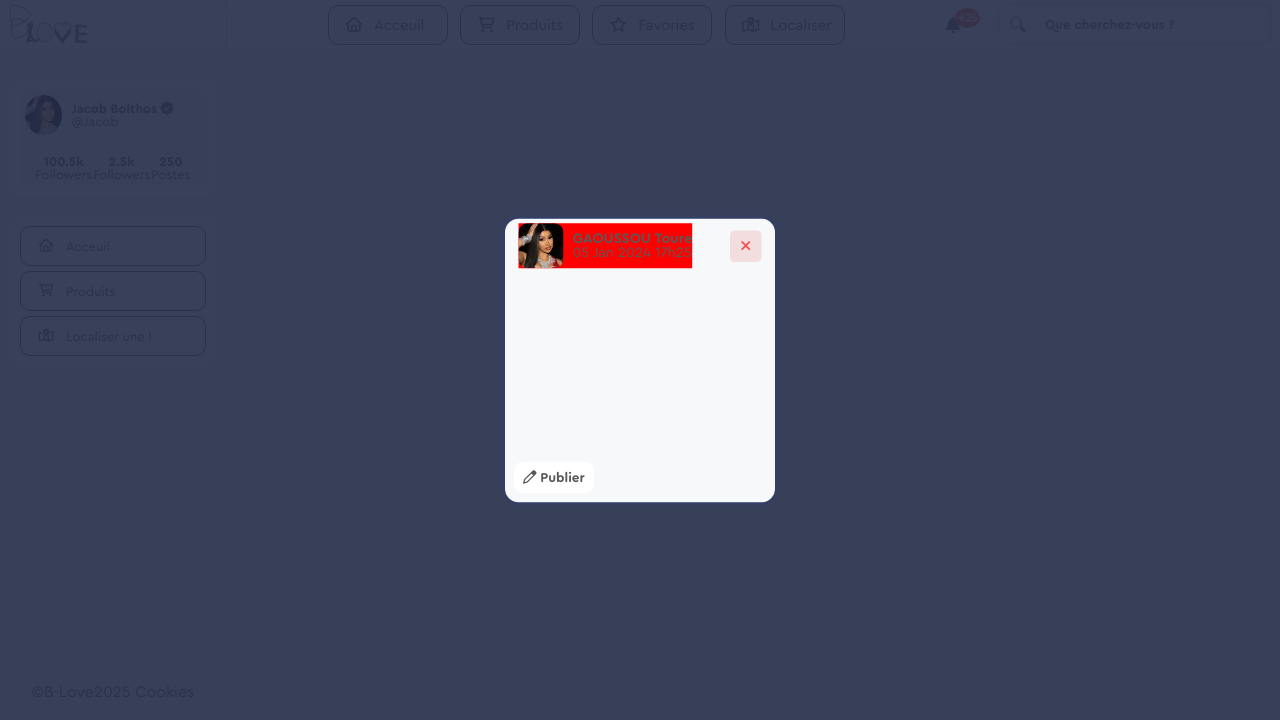
Repository: moomoony-log/b-love
Page: /home
These files come from the project's save history. The page is drawn as it stood at one moment and after the next save; the edit follows.
The browser window is 1280 px wide. The pictures show the whole page.
The project was rebuilt for these pictures with package versions that can differ from the ones it lists, and the page was loaded fresh each time. Also part of the build but not shown: vite.config.ts, src/rules/legacy.tsx, src/rules/privacy.tsx, src/components/basic/notification.tsx, src/view/auth.tsx, src/view/main/acceuil.tsx, src/view/main/dashbord.tsx, src/view/main/info-account.tsx and 3 more.

Above is the page before, as saved 2025-10-14 19:17:57.

### index.html
<!--
        ?????????         ?????????        ???????????????????
        ????? ?????     ????? ?????      ??????????   ??????????
        ?????  ?????   ?????  ?????    ????????         ????????
        ?????   ????? ?????   ?????    ??????            ????????
        ?????    ?????????    ?????    ??????            ????????
        ?????      ?????      ?????    ???????          ????????
        ?????                 ?????     ?????????      ????????
        ?????                 ?????        ???????????????????
        ?????                 ?????         ????????????????

    TRAVAIL JUSQU'A CE QU'ON DISE QUE TU ES FRANC-MAÇON
    TRAVAIL JUSQU'A CE QU'ON DISE QUE TU ES FRANC-MAÇON
    TRAVAIL JUSQU'A CE QU'ON DISE QUE TU ES FRANC-MAÇON
-->
<!doctype html>
<html lang="en">
  <head>
    <meta charset="UTF-8">
    <meta name="viewport" content="width=device-width, initial-scale=1.0">
    <meta http-equiv="X-UA-Compatible" content="IE=edge">
    <!-- Inbuilt -->
    <link rel="shortcut icon" href="./img/logoloveb.png" type="image/x-icon">
    <!-- <link rel="stylesheet" href="./vendor/font-awesome-pro/css/all.css">  -->
    <!-- <link rel="stylesheet" href="./css/app.css">  -->
    <title>B!love</title>
  </head>
  <body id="index">
    <div id="main-container"></div>
    <script type="module" src="/src/main.tsx"></script>
  </body>
</html>

### src/main.tsx
import { StrictMode } from 'react'
import { createRoot } from 'react-dom/client'
import App from './app'

createRoot(document.getElementById('main-container')!).render(
  <StrictMode>
    <App />
  </StrictMode>
)

### src/app.tsx

import { createBrowserRouter, RouterProvider } from "react-router-dom";
import Legacy from "./rules/legacy";
import Privacy from "./rules/privacy";
import Main from "./view/main/main";
import Auth from "./view/auth";
import Acceuil from "./view/main/acceuil";
import Dashbord from "./view/main/dashbord";
import "../public/css/app.css"
import "../public/vendor/font-awesome-pro/css/all.css"
import InfoAccount from "./view/main/info-account";
import Account from "./view/main/account";
import BecomeToMember from "./view/main/becomeToMember";
import Product from "./view/main/product";

// import Auth from "./view/auth";

const router =  createBrowserRouter([
	{
		path:'/',
		element:<Auth/>
	},
	{
		path:'/legacy',
		element:<Legacy/>
	},
	{
		path:'/privacy',
		element:<Privacy/>
	},
	{
		path:'/home',
		element:<Main/>,
		children:[
			{
				path:'acceuil',
				element: <Acceuil/>
			},
			{
				path:'dashbord',
				element: <Dashbord/>,
			},
			{
				path: 'product',
				element: <Product/>
			},
			{
				path:'check',
				element: <div>Localisation</div>
			},
			{
				path:'client',
				element: <InfoAccount/>,
				children: [
					{
						path:'compte',
						element: <Account/>
					},
					{
						path:'devenir_membre',
						element: <BecomeToMember/>
					},

				]
			}

		]
	}
])

// --> POINT D'ENTREE DANS L'APP(INDEX --> AUTH)
function App() {
	return <RouterProvider router={router}/>
}

export default App

### src/components/basic/button.tsx
// --> BUTTON COMPONENTS

import { forwardRef } from "react"
import { NavLink, useLocation } from "react-router-dom";

interface buttonProps {
    type: 'submit' | 'button',
    name?: string,
    icon?:string,
    color?: string,
    outline?: string,
    small?: 'small' | 'small-1' | 'small-2' | 'small-3',
    navigate?: string,
    children: boolean,
    border?: boolean,
    to: string | false,
    inner?:string,
    disable?:boolean,
    onclick?: () => unknown
}

const Button = forwardRef<HTMLButtonElement, buttonProps>(
  ({ name, icon, color, outline, small, navigate, inner, disable, children,border, to, onclick }, ref) => {
    const location = useLocation()
    return (
      <button
        ref={ref}
        type="button"
        className="ui-btn"
        name={name}
        color={color}
        {...(outline ? { "data-outline": "" } : {})}
        {...(disable ? { disabled: true } : {})}
        {...(navigate ? { "data-navigate": "" } : {})}
        {...(inner ? { "data-inner": "" } : {})}
        {...(small ? { "data-size" : small} : {})}
        {...(border ? { "data-border": "" } : {})}
        {...(to && location.pathname === to ? { "data-active": "" } : {})}
        onClick={onclick}
      >
        { (!children && !to ) && name } { icon && (!children && !to ) && <i className={icon}></i> }

        { (children && to) && <NavLink to={to}>  <i className={icon}></i>  {name} </NavLink> }

      </button>
    );
  }
);

export default Button

### src/components/basic/modals/pubItem.tsx
// --> Item Publication Modal

const ItemPub = () => {
    return(
        <>
        <div className="modal" data-name="pub-item" data-show>
                <div className="box">
                    <div className="modal-head">
                        <div className="title">
                            <div className="cont-account-img" data-name="pub-item"><img src="../img/cardi_b.webp"/></div>
                            <div className="identity">
                                <span>GAOUSSOU Toure</span>
                                <span>05 Jan 2024 17h25</span>
                            </div>
                         </div>
                        <span className="exit"><i className="fa-solid fa-xmark"></i></span>
                    </div>
                    <div className="body">


                    </div>
                    <div className="controler">
                        <button type="button" className="ui-btn" name=""  data-size="large"  color=""> <i className="fa-regular fa-pen"></i> Publier</button>
                    </div>
                </div>
            </div>
        </>
    )
}

export default ItemPub

### public/css/config/config.css
/* Style global de configuration */

/* Police d'ecriture */
/* Cera */
@font-face{
    font-family: 'Cera';
    src: url('../../font/cera-round-pro/CeraRoundPro-Bold.otf');
    font-weight: bold;
}
@font-face {
    font-family: 'Cera';
    src: url('../../font/cera-round-pro/CeraRoundPro-Regular.otf');
    font-weight: normal;
}

/* body{
    display: flex !important;
    padding: 5px;
    height: 100%;
    width: 100%;
    position: absolute;
    top: 0;
    left: 0;
    overflow: hidden;
} */
body *{
    box-sizing: border-box;
    font-family: 'Cera', sans-serif;
    font-weight: bold;
}

button:focus, input:focus, textarea:focus, select:focus {
    outline: none;
}

button {
    cursor: pointer;
    border: none;
}

h1, h2, h3, h4, h5, p {
    color: inherit;
    margin: 0;
    padding: 0;
    text-decoration: inherit;
}

img{
    height: inherit;
    max-width: 100%;
}

### public/css/component/components.css
 /* Imporation des dependances */
 @import url('input.css');
 @import url('button.css');
 @import url('img.css');
 @import url('notification.css');
 @import url('loader.css');
 @import url('table.css');
 @import url('./modals/modal.css');

 @keyframes text{
    0%{
        transform: translateX(100%);
    }
    100%{
        transform: translateX(-100%);
    }
 }

### public/css/views.css
/* --> Css relative à toutes les vues communes  */
@import url('views/auth.css');
@import url('views/legacy.css');
@import url('views/privacy.css');

### public/css/animation.css
@keyframes reotateInner {
    from {
       transform: rotate(0);
    }
    to{
       transform: rotate(180deg);
    }
 }
 @keyframes Online {
    0%, 100% {
       transform: scale(1.5);
       opacity: 1;

    }
    50% {
       transform: scale(0.5);
       /* opacity: 0.5; */
    }
 }
  @keyframes Online2 {
    0%, 100% {
       opacity: 1;

    }
    50% {
       opacity: 0.5;
    }
 }
 @keyframes spin {
   0%{
      transform: rotate(0deg);
   }
   100%{
      transform: rotate(360deg);
   }

 }
  @keyframes opa {
   0%{
      opacity: .4;
   }
   100%{
      opacity: 1;
   }

 }

### public/css/utils/utils.css
@import url('variable.css');
@import url('helper.css');

### public/css/utils/variable.css
/* Variables */
:root{
    --color-white: #ffffff;
    --color-gray-soft: #F6F8FA;
    --color-gray-medium: #b0b0b0;
    --color-gray-hard: #595959;
    --color-gray-hard-1: #7f7f7f;
    /* --color-gray-hard-3: #d4d2d246; */
    --color-gray-hard-3: #f2f2f2e7;
    --color-gray-hard-5: #f2f2f2;
    --color-gray-hard-4: #5959592f;
    --color-blue-lite: #dbf5ff;
    --color-blue-soft: #00B0F0;
    --color-blue-soft-2: #9ab9dc;
    --color-blue-hard: #2A6EBB;
    --color-green-lite: #aefecf;
    --color-green-lite-2: #80d6a4;
    --color-green-hard: #41cf7c;
    --color-red-lite: #ffcdcd;
    --color-red-soft: #f58e8e;
    --color-red-hard: #f25353;
    --shadow-one: 0 0 5px #eee;
    --shadow-two: 0 0 5px #84b1c3;
    --shadow-3: 0 0 4px #bababa;
    --bezier-1: cubic-bezier(0.68, -0.55, 0.27, 1.55);
}

### public/css/utils/helper.css
/* cool-scroll-bar */
.cool-scroll-bar::-webkit-scrollbar{
    width: 3px;
    height: 3px;
    border-radius: 50px !important;
    background-color: var(--color-gray-soft);
    box-shadow: 0 0 5px var(--color-gray-soft);
}
.cool-scroll-bar::-webkit-scrollbar-thumb{
    background-color: var(--color-gray-medium);
    border-radius: 50px !important;
}

### public/css/views/legacy.css
.legacy {
    z-index: 10;
    height: 100%;
    padding: 20px;
    overflow: auto;
}
.legacy p{
    font-size: 40px;
}

### public/css/component/img.css
/* ---> CSS DES COMPOSANTS IMAGES */
.cont-account-img{
    overflow: hidden;
    position: relative;
    cursor: pointer;
}
.cont-account-img[data-name="account"]{
    height: 40px;
    width: 50px;
    border-radius: 50%;

}
.cont-account-img[data-name="pub"]{
    height: 40px;
    width: 50px;
    border-radius: 50%;

}
/* image compte publication */
.cont-account-img[data-name="my-post"]{
    width: 65px;
    height: 65px;
    border-radius: 5px;
}

/* image compte publication */
.cont-account-img[data-name="pub-2"]{
    min-width: 35px;
    max-width: 35px;
    height: 35px;
    border-radius: 50%;
}
.cont-account-img[data-name="like"]{
    width: 20px;
    height: 20px;
    border-radius: 50%;
}
.cont-account-img[data-name="product"]{
    /* width: 100px; */
    height: 150px;
    border-radius: 10px;
    margin-bottom: 20px;
}
.cont-account-img[data-name="info-account"]{
    height: 130px;
    width: 130px;
    border-radius: 50%;
}
.cont-account-img[data-name="pub-item"]{
    height: 50px;
    width: 50px;
    border-radius: 10px;
}
.cont-account-img[data-name="publication"]{
    height: 130px;
    min-width: 100px;
    border-radius: 10px !important;
    position: relative;
}
.cont-account-img[data-name="publication"] img{
    cursor: move;
}
.cont-account-img[data-name="publication"]::after{
    content: '\f00d';
    position: absolute;
    background-color: red;
    font-size: 18px;
    text-align: center;
    border-radius: 10px;
    color: white;
    height: 20px;
    width: 20px;
    line-height: 20px;
    top: 2px;
    font-family: 'Font Awesome 6 Pro';
    right: 2px;

}
.cont-account-img img{
    height: 100%;
    width: 100%;
    object-fit: cover;
    position: absolute;
    display: block;
}
.cont-account-img video{
    height: 100%;
    width: 100%;
    object-fit: cover;
    position: absolute;
    display: block;
}
/* Image du logo */
.logo-content img{
    height: 40px;
}
.marketing-img{
    width: 50%;
    height: 100%;
}
#app-content-right .head .logo-content img{
    height: 35px;
}
.container-my-pub .item-pub img{
    width: 100%;
    height: 100%;
    object-fit: cover;
    border-radius: 5px;
    cursor: pointer;
}
/* Image de publié */
/* Grille d'images style Facebook */

.pub-content .medias-body .cont-account-img{
    border-radius: 0px;
    width: 100%;
    height: 100%;
    justify-content: center;
    align-items: center;
    overflow: hidden;
}
.pub-content .medias-body .cont-account-img[data-img]::before{
    content: attr(data-img);
    font-size: 14px;
    background-color: white;
    font-weight: lighter;
    position: absolute;
    color: var(--color-gray-hard-1);
    height: 25px;
    width: 100px;
    border-radius: 10px;
    text-align: center;
    line-height: 25px;
    right: 5px;
    top: 5px;
    z-index: 40;
}
.pub-content .medias-body .cont-account-img img{
    max-width: 100%;
    max-height: 100%;
    object-fit: contain; /* conserve le ratio */
}
 .pub-content .medias-body .cont-account-img  iframe{
    position: absolute;
    top: 0;
    left: 0;
    width: 100%;
    height: 100%;
}
  .container-my-pub .item-pub video{
    width: 100%;
    height: 100%;
    cursor: pointer;
    border-radius: 5px;
    background-color: black;
}
/*
.pub-content {
    width: 100%;
} */

/* .pub-content .cont-account-img:hover img {
    transform: scale(1.03);
}  */

### public/css/views/privacy.css
.privacy {
    z-index: 10;
    height: 100%;
    padding: 20px;
    overflow: auto;
}
.privacy p{
    font-size: 40px;
}

### public/css/component/notification.css
/* CSS DES GRILLES DE NOTIFICATIONS */
#notification{
    position: absolute;
    right: 0;
    z-index: 900;
    width: 350px;
    bottom: 0;
    padding: 5px;
    display: flex;
    justify-content: flex-end;
    align-items: center;
    flex-direction: column;
    gap: 10px;
}

#notification .notif-item{
    width: 320px;
    max-height: 60px;
    box-sizing: border-box;
    background-color: var(--color-white);
    display: none;
    align-items: center;
    overflow: hidden;
    gap: 5px;
    padding: 10px;
    border-radius: 10px;
    opacity: 0;
    transform: scale(0);
    box-shadow: 0 0 7px -2px var(--color-gray-hard-1);
    transition: transform .3s cubic-bezier(0.68, -0.55, 0.27, 1.55), opacity .2s ease-in-out, max-height .3s ease-in-out;
}
#notification .notif-item .notif-text-content{
    margin-right: auto;
}

#notification .notif-item[data-show]{
    opacity: 1;
    transform: scale(1);
    display: flex;
}

#notification .notif-item .icon{
    height: 35px;
    width: 35px;
    line-height: 35px;
    text-align: center;
    font-size: 15px;
    border-radius: 50%;
    position: relative;
    z-index: 2;
    color: var(--color-white);
}

#notification .notif-item .icon::before{
    position: absolute;
    text-align: center;
    left: 0;
    font-size: 35px;
    content: '\f335';
    font-family: 'Font Awesome 6 Pro';
    z-index: -1;
}

#notification .notif-item .exit{
    text-align: center;
    margin-left: 5px;
    border-radius: 50%;
    cursor: pointer;
    color: #cccccc;
}

#notification .notif-item[data-name="exit"] {
    border-left: 5px solid var(--color-red-soft);
}
#notification .notif-item[data-name="exit"] .exit{
    color: var(--color-red-soft);
}
#notification .notif-item[data-name="good"] .exit{
    color: var(--color-green-lite-2);
}
#notification .notif-item[data-name="exit"]:hover{
    box-shadow: 0 0 7px -2px var(--color-red-hard);
}
#notification .notif-item[data-name="good"]:hover{
    box-shadow: 0 0 7px -2px var(--color-green-hard);
}
#notification .notif-item[data-name="await"]:hover{
    box-shadow: 0 0 7px -2px var(--color-gray-hard);
}
.notif-item[data-name="exit"] .icon::before{
    color: var(--color-red-soft);
}
#notification .notif-item[data-name="await"]{
    border-left: 5px solid #cccccc;
}
.notif-item[data-name="good"] .icon::before{
    color: var(--color-green-lite-2);
}
.notif-item[data-name="await"] .icon::before{
    color: #cccccc;
}
#notification .notif-item[data-name="good"]{
    border-left: 5px solid var(--color-green-lite-2);
}
#notification .notif-item .title{
    text-wrap: nowrap;
    color: var(--color-gray-hard-1);
    font-size: 13px;
}
#notification .notif-item .text{
    font-size: 12px;
    display: flex;
    overflow: hidden;
    max-width: 240px;
    text-overflow: ellipsis;
    font-weight: lighter;
}

/* RESPONSIVE STATE */
@media (max-width: 344px) {
    #notification{
        width: 300px;
    }
    #notification .notif-item{
        width: 290px;
        max-height: 80px;
    }
    #notification .notif-item .icon::before{
        left: -2px;
    }
}

### public/css/component/loader.css

/* CSS DU COMPOSANT DE CHRAGEMENT */
#loader{
    position: absolute;
    display: flex;
    flex-direction: column;
    width: 100%;
    gap: 10px;
    height: 100%;background-color: rgba(255, 255, 255, 0.744);
    justify-content: center;
    align-items: center;
    z-index: 1000;
}

#loader .spinner{
    height: 60px;
    width: 60px;
    display: flex;
    justify-content: center;
    align-items: center;
    position: relative;
    animation: spin 2s linear infinite;
}
#loader .spinner::before{
    content: '';
    height: 100%;
    width: 100%;
    position: absolute;
    border-radius: 50%;
    border: solid 4px var(--color-gray-hard-3);
}
#loader .spinner::after{
    content: '';
    height: 100%;
    width: 100%;
    position: absolute;
    border-radius: 50%;
    border: solid 4px transparent;
    border-left-color:var(--color-gray-hard-1);
    animation: spin 0.8s linear infinite, opa 0.8s ease-in-out infinite alternate-reverse;
}
#loader img{
    width: 95px;
    height: 50px;
}
#loader i{
    font-size: 20px;
}
#loader .i{
   background-color: var(--color-gray-hard-);
   padding: 7px;
   display: flex;
   align-items: center;
   justify-content: center;
   border-radius: 5px;
}

### public/css/component/table.css
.infos-personnels[data-name="statut"] .availability table{
    border-collapse: collapse;
    width: 100%;
    background-color: var(--color-white);
    text-align: center;
    font-size: 13px;
}
.availability table th,
.availability table td{
    height: 40px;
    padding: 3px;
}
.availability table td:last-child{
    text-align: right;
}
.availability table tbody tr:hover{
    background-color: var(--color-gray-hard-3);
}

.cont-my-post table{
    width: 100%;
    border-spacing: 0 5px;
    background-color: var(--color-white);
    text-align: center;
    padding: 5px;
    border-radius: 5px;
}
.cont-my-post table tbody td:last-child button{
    background-color: white;
    margin-left: 5px;
}
.cont-my-post table tbody tr:hover td{
    background-color: var(--color-white);
}
.cont-my-post table tbody tr:hover td:last-child button{
    background-color: var(--color-gray-hard-3);
}

.cont-my-post table tbody td{
    padding: 5px;
    background-color: var(--color-gray-hard-3);
    font-weight: lighter;
    margin: 10px;
}
.cont-my-post table tbody td:last-child{
    text-align: right;
}


@media (max-width: 855px) {
    .cont-my-post table{
        font-size: 12px;
    }
    .cont-my-post table tbody td:last-child{
        display: flex;
        flex-direction: column;
        margin: 0;
        gap: 5px;
    }
}

@media (max-width: 355px) {
    .cont-my-post table tbody td:last-child{
        font-size: 11px;
    }
}

### public/css/component/modals/modal.css
/* @import url('./modals/registration.css'); */
@import url('./publication.css');
@import url('./pubItem.css');
@import url('./confirm.css');

#modals .modal{
    position: fixed;
    display: none;
    align-items: center;
    left: 0;
    top: 0;
    justify-content: center;
    height: 100%;
    width: 100%;
    background-color: #262f4ae8;
    z-index: 1000;
    transition: opacity .6s ease-in-out;
    animation: show-modal .5s ease-in-out;
 }
.modal .box{
    background-color:var(--color-gray-soft);
    min-width: 300px;
    max-width: 1300px;
    min-height: 270px;
    box-shadow: 0 0 5px 0px #263b80;
    padding: 10px;
    border-radius: 15px;
    opacity: 1;
    transform: scale(.9);
    flex-direction: column;
    gap: 10px;
    animation: show-box .6s ease-in-out forwards;
}

.modal:active .box{
    animation: show-box .6s ease-in-out forwards, show-cont .1s ease-in-out;
}
 /* Animation > Affichage > Masquage */
.modal[data-show]{
   display: flex !important;
}
.modal[data-show] .box{
   display: flex !important;
}
.modal[hide]{
   opacity: 0;
}
.modal[hide] .box{
    animation: hide-box .5s ease-in-out forwards;
}
.modal .box .modal-head{
   height: 40px;
   display: flex;
   padding: 0 5px;
   justify-content: space-between;
   align-items: center;
}
.box .modal-head .title i{
   height: 25px;
   width: 25px;
   line-height: 25px;
   text-align: center;
   border-radius: 5px;
   color: var(--color-white);
   background-color: var(--color-gray-hard-1);
}
.box .modal-head .exit i{
   color: var(--color-red-hard);
   cursor: pointer;
   height: 35px;
   width: 35px;
   line-height: 35px;
   text-align: center;
   background-color: rgb(242, 222, 222);
   border-radius: 5px;
}
.modal .box .body{
   min-height: 200px;
   border-radius: 10px;
   padding: 5px;
}
.modal .box .controler{
   width: 100%;
   display: flex;
   gap: 30px;
 }

### public/css/component/modals/pubItem.css
.modal[data-name="pub-item"] .title{
    background-color: red;
    display: flex;
    gap: 10px;
    align-items: center;
}
.modal[data-name="pub-item"] .title .identity{
    display: flex;
    flex-direction: column;
}
.modal[data-name="pub-item"] .title .identity span:last-child{
    font-weight: lighter;
}

### public/css/component/modals/confirm.css
.modal[data-name="confirm"] .box .body{
   display: flex;
   background-color: var(--color-white);
   display: flex;
   flex-direction: column;
   justify-content: center;
   align-items: center;
   position: relative;
}
.modal[data-name="confirm"] .box .body::after{
    content: '';
    height: 100%;
    width: 100%;
    border-radius: 10px;
    position: absolute;
    animation: Online2 1s ease-in-out infinite;
}
.modal[data-name="confirm"] .box .body .icon{
    height: 75px;
    width: 75px;
    font-size: 50px;
    line-height: 75px;
    text-align: center;
    border-radius: 10px;
    margin-bottom: 5px;
}
.modal[data-name="confirm"] .box .body .title{
    font-size: 20px;
    margin-bottom: 20px;
}
.modal[data-name="confirm"] .box .body .confirm-text{
    font-weight: lighter;
}

.modal[data-name="confirm"] .box .body[type="exit"]::after{
    background-color: rgba(255, 17, 17, 0.066);
}
.modal[data-name="confirm"] .box .body[type="exit"] .icon{
    box-shadow: 0 0 7px -4px var(--color-red-hard);
    background-color: var(--color-red-lite);
    color: var(--color-red-soft);
}
.modal[data-name="confirm"] .box .body[type="exit"] .title{
    color: var(--color-red-soft);
}

.modal[data-name="confirm"] .box .body[type="good"]::after{
    background-color: rgba(17, 184, 255, 0.077);
}
.modal[data-name="confirm"] .box .body[type="good"] .icon{
    box-shadow: 0 0 7px -4px var(--color-blue-hard);
    background-color: var(--color-blue-lite);
    color: var(--color-blue-soft);
}
.modal[data-name="confirm"] .box .body[type="good"] .title{
    color: var(--color-blue-soft);
}

### src/utils/utils.ts
class Utils {

    static emailValidation(email: string) : boolean {
        const emailRegex :RegExp = /^[^\s@]+@[^\s@]+\.[^\s@]+$/
        return emailRegex.test(email)
    }

    static inputValue(value: string, minLenght: number) : boolean {
        const inputRegex :RegExp = /^[A-Za-zÀ-ÖØ-öø-ÿ\s]+$/

        if (value.length > minLenght && inputRegex.test(value)) return inputRegex.test(value)
        else return false
    }

    static passwordValidation = (value: string):boolean => {
        const passwordRegex: RegExp = /^(?=.*?[A-Z])(?=.*?[a-z])(?=.*?[0-9])(?=.*?[#?!@$%^&*-]).{8,}$/g
        if (passwordRegex.test(value)) return true
        else return false
    }

    static otpValidation = (value: string):boolean => {
        const otpRegex : RegExp = /^[0-9]+$/gm
        if(otpRegex.test(value) && value.length === 1) return true
        else return false
    }

}

export default Utils

Loaded but not shown: public/vendor/font-awesome-pro/css/all.css (library); public/css/app.css (2376 lines, source omitted); src/view/main/main.tsx (184 lines, source omitted); src/components/basic/input.tsx (178 lines, source omitted); public/css/views/auth.css (265 lines, source omitted); public/css/component/input.css (227 lines, source omitted); public/css/component/button.css (209 lines, source omitted); public/css/component/modals/publication.css (141 lines, source omitted)

After the next save:
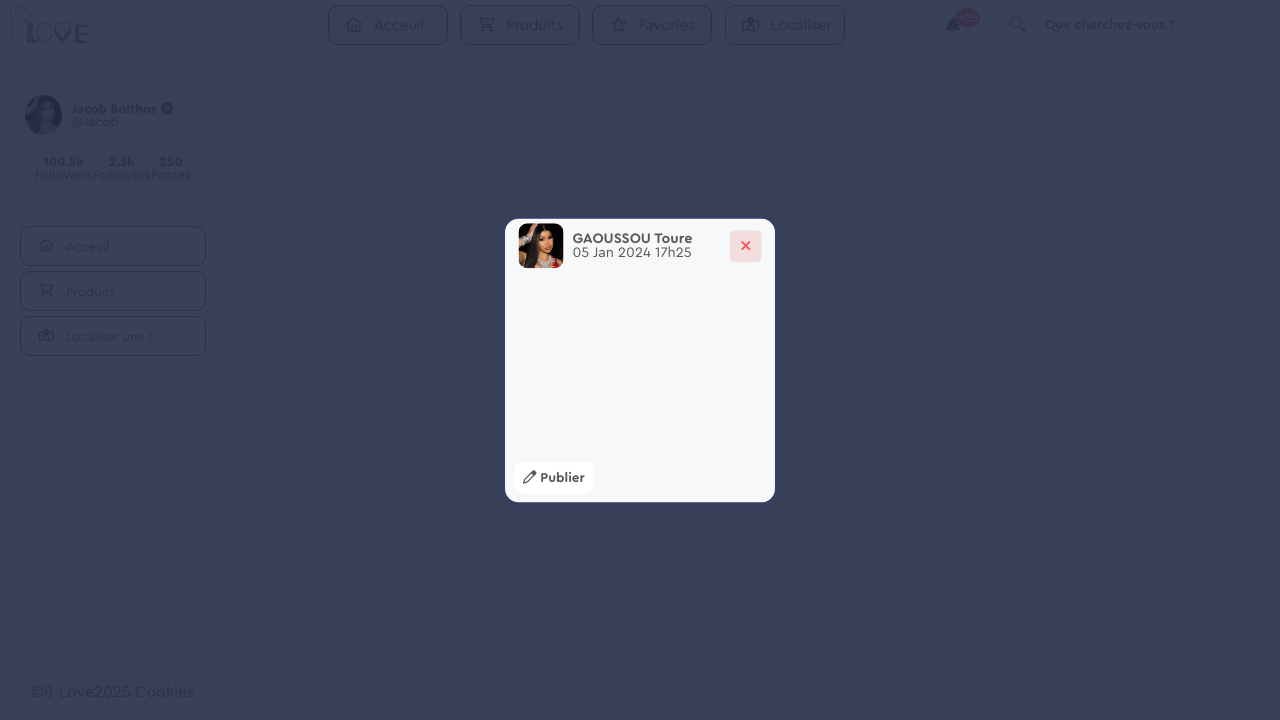
Saved 13 s later.
--- a/public/css/component/modals/pubItem.css
+++ b/public/css/component/modals/pubItem.css
@@ -1,5 +1,4 @@
 .modal[data-name="pub-item"] .title{
-    background-color: red;
     display: flex;
     gap: 10px;
     align-items: center;
